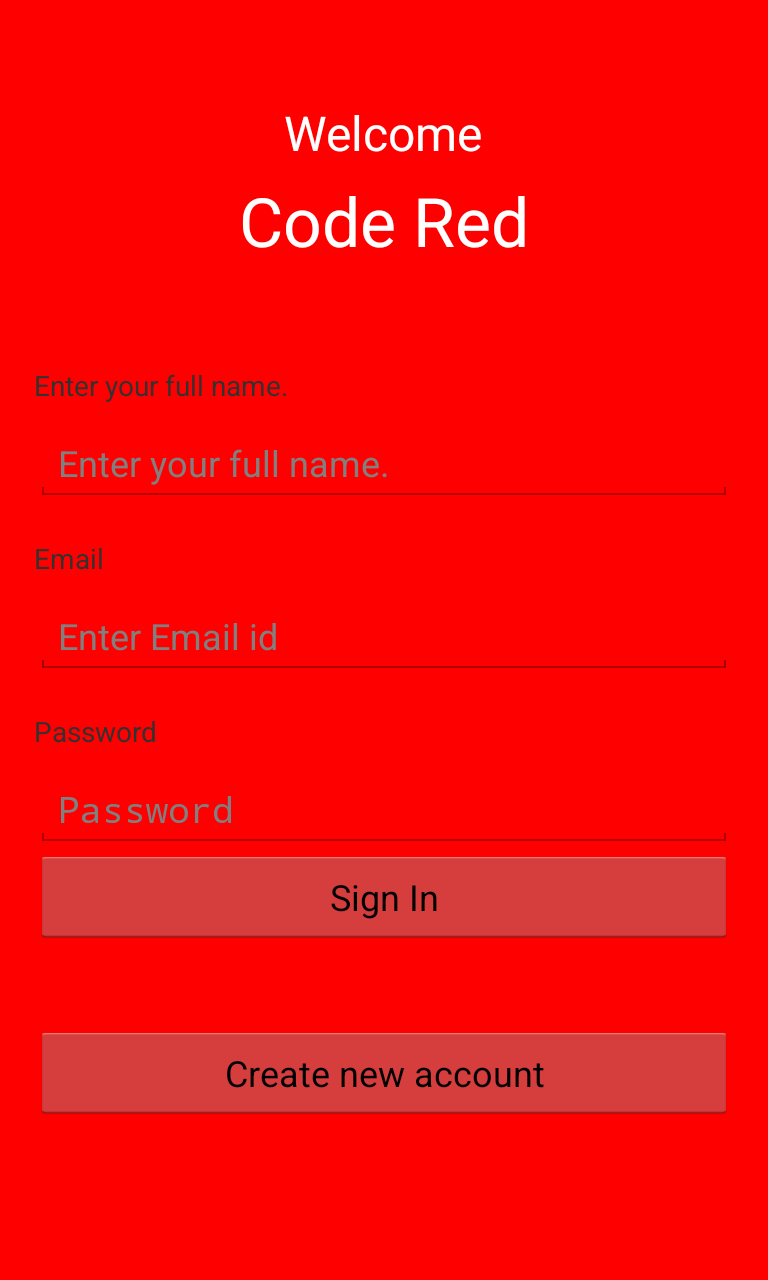
Repository: coderedteam/codered
Layout: AndroidSourceCode/CodeRed/res/layout/activity_registeration.xml
These files come from the project's save history. The layout is drawn as it stood at one moment and after the next save; the edit follows.
It is drawn on a 768 x 1280 px phone screen (xhdpi) without system bars, with theme AppTheme; the app's code is not run.

Above is the layout before, as saved 2014-11-27 10:38:29.

### AndroidSourceCode/CodeRed/res/layout/activity_registeration.xml
<LinearLayout xmlns:android="http://schemas.android.com/apk/res/android"
    xmlns:tools="http://schemas.android.com/tools"
    android:layout_width="match_parent"
    android:layout_height="match_parent"
    android:background="@color/red"
    android:orientation="vertical"
    tools:context="${relativePackage}.${activityClass}" >

    <LinearLayout
        android:layout_width="match_parent"
        android:layout_height="wrap_content"
        android:layout_marginBottom="50dip"
        android:gravity="top"
        android:orientation="vertical" >

        <TextView
            android:id="@+id/txtWelcome"
            android:layout_width="wrap_content"
            android:layout_height="wrap_content"
            android:layout_gravity="center_horizontal"
            android:layout_marginTop="50dip"
            android:text="@string/lblWelcome"
            android:textColor="@color/white"
            android:textSize="24sp" />

        <TextView
            android:id="@+id/txtMoonshot"
            android:layout_width="wrap_content"
            android:layout_height="wrap_content"
            android:layout_gravity="center_horizontal"
            android:layout_marginTop="5dip"
            android:text="@string/app_name"
            android:textColor="@color/white"
            android:textSize="34sp" />
    </LinearLayout>

    <LinearLayout
        android:id="@+id/layoutLogin"
        android:layout_width="match_parent"
        android:layout_height="wrap_content"
        android:layout_marginLeft="@dimen/login_container_screen_margin"
        android:layout_marginRight="@dimen/login_container_screen_margin"
        android:orientation="vertical" >

        <TextView
            android:id="@+id/lblName"
            android:layout_width="match_parent"
            android:layout_height="wrap_content"
            android:paddingBottom="@dimen/margin_small_layout"
            android:text="@string/txtName" />

        <EditText
            android:id="@+id/txtName"
            android:layout_width="match_parent"
            android:layout_height="wrap_content"
            android:layout_marginBottom="@dimen/edit_view_gap_margin"
            android:hint="@string/txtName"
            android:inputType="textEmailAddress" >
        </EditText>

        <TextView
            android:id="@+id/lblEmail"
            android:layout_width="match_parent"
            android:layout_height="wrap_content"
            android:paddingBottom="@dimen/margin_small_layout"
            android:text="@string/lblEmail" />

        <EditText
            android:id="@+id/txtUsername"
            android:layout_width="match_parent"
            android:layout_height="wrap_content"
            android:layout_marginBottom="@dimen/edit_view_gap_margin"
            android:hint="@string/txtDefaultEmail"
            android:inputType="textEmailAddress" >
        </EditText>

        <TextView
            android:id="@+id/lblPswd"
            android:layout_width="match_parent"
            android:layout_height="wrap_content"
            android:paddingBottom="10dip"
            android:text="@string/lblPswd" />

        <EditText
            android:id="@+id/txtPassword"
            android:layout_width="match_parent"
            android:layout_height="wrap_content"
            android:hint="@string/txtDefaultPswd"
            android:inputType="textPassword" >
        </EditText>

        <LinearLayout
            android:id="@+id/layoutButton"
            android:layout_width="match_parent"
            android:layout_height="wrap_content"
            android:orientation="vertical" >

            <Button
                android:id="@+id/btnSignIn"
                android:layout_width="match_parent"
                android:layout_height="wrap_content"
                android:contentDescription="@string/txtBtnSignIn"
                android:text="@string/txtBtnSignIn" />

            <LinearLayout
                android:id="@+id/layoutSeperator"
                android:layout_width="match_parent"
                android:layout_height="wrap_content"
                android:layout_marginBottom="20dp"
                android:layout_marginTop="20dip"
                android:orientation="horizontal" >
            </LinearLayout>

            <Button
                android:id="@+id/btnNewAccount"
                android:layout_width="match_parent"
                android:layout_height="wrap_content"
                android:contentDescription="@string/txtBtnCreateNewAccount"
                android:text="@string/txtBtnCreateNewAccount" />
        </LinearLayout>
    </LinearLayout>

</LinearLayout>

### AndroidSourceCode/CodeRed/res/values/colors.xml
<?xml version="1.0" encoding="utf-8"?>
<resources>

    <item name="blue" type="color">#0b2265</item>
    <item name="white" type="color">#FFFFFF</item>
    <item name="black" type="color">#000000</item>
    <item name="red" type="color">#FF0000</item>
    <item name="grey" type="color">#C0C0C0</item>
    <item name="transparent" type="color">#00000000</item>
    <item name="rowTextColor" type="color">#003478</item>
    <item name="btnBgColor" type="color">#b6bf00</item>
    <item name="tabBgColor" type="color">#bcdee3</item>
    <item name="darkAqua" type="color">#39919A</item>
    <item name="circle_inner_color" type="color">#0066a1</item>
    <item name="circle_outer_color" type="color">#9ACDD4</item>
    <item name="health_score_color" type="color">#252525</item>
    <item name="rowTextColorWithOpacity" type="color">#66003478</item>
    <item name="whiteWithOpacity" type="color">#77FFFFFF</item>
    <item name="whiteWithOpacity20" type="color">#33FFFFFF</item>
    <item name="navigationDrawerFontColor" type="color">#B3C8E6</item>
    <item name="bottom_bg_color" type="color">#53797d</item>

    <color name="manual_entry_circle_bg_blue">#0066A1</color>
    <color name="manual_entry_circle_bg_gray_transparent">#FFFFFF</color>

    <item name="redwithOpacity" type="color">#DDFFFFFF</item>

</resources>

### AndroidSourceCode/CodeRed/res/values/strings.xml
<?xml version="1.0" encoding="UTF-8" standalone="no"?>
<resources>

    <string name="app_name">Code Red</string>
    <string name="lblWelcome">Welcome</string>
    <string name="lblEmail">Email</string>
    <string name="txtDefaultEmail">Enter Email id</string>
    <string name="lblPswd">Password</string>
    <string name="txtDefaultPswd">Password</string>
    <string name="txtBtnSignIn">Sign In</string>
    <string name="txtBtnCreateNewAccount">Create new account</string>
    <string name="txtInternetConnectionNotPresent">Internet connection not present</string>
    <string name="dlgMsgLoginSuccess">Login in progress</string>
    <string name="txtNetworkError">Network error. Please check your internet connection</string>
    <string name="txtUnknownError">Unknown error.</string>
    <string name="txtServerError">Illegal server response.</string>
    <string name="txtName">Enter your full name.</string>

</resources>

### AndroidSourceCode/CodeRed/res/values/dimen.xml
<?xml version="1.0" encoding="utf-8"?>
<resources>

    <dimen name="login_container_screen_margin">17dp</dimen>
    <dimen name="margin_small_layout">10dip</dimen>
    <dimen name="edit_view_gap_margin">18dp</dimen>
    <dimen name="edit_left_margin">70dp</dimen>
    <dimen name="edit_right_margin">70dp</dimen>
    <dimen name="edit_left_padding">40dp</dimen>
    <dimen name="edit_right_padding">10dp</dimen>
    <dimen name="edit_bottom_padding">5dp</dimen>
    <dimen name="edit_top_padding">5dp</dimen>
    <dimen name="edit_text_size">16sp</dimen>

</resources>

Loaded but not shown: AndroidSourceCode/CodeRed/res/values/styles.xml (common file); AndroidSourceCode/CodeRed/res/values-v11/styles.xml (common file); AndroidSourceCode/CodeRed/res/values-v14/styles.xml (common file)

After the next save:
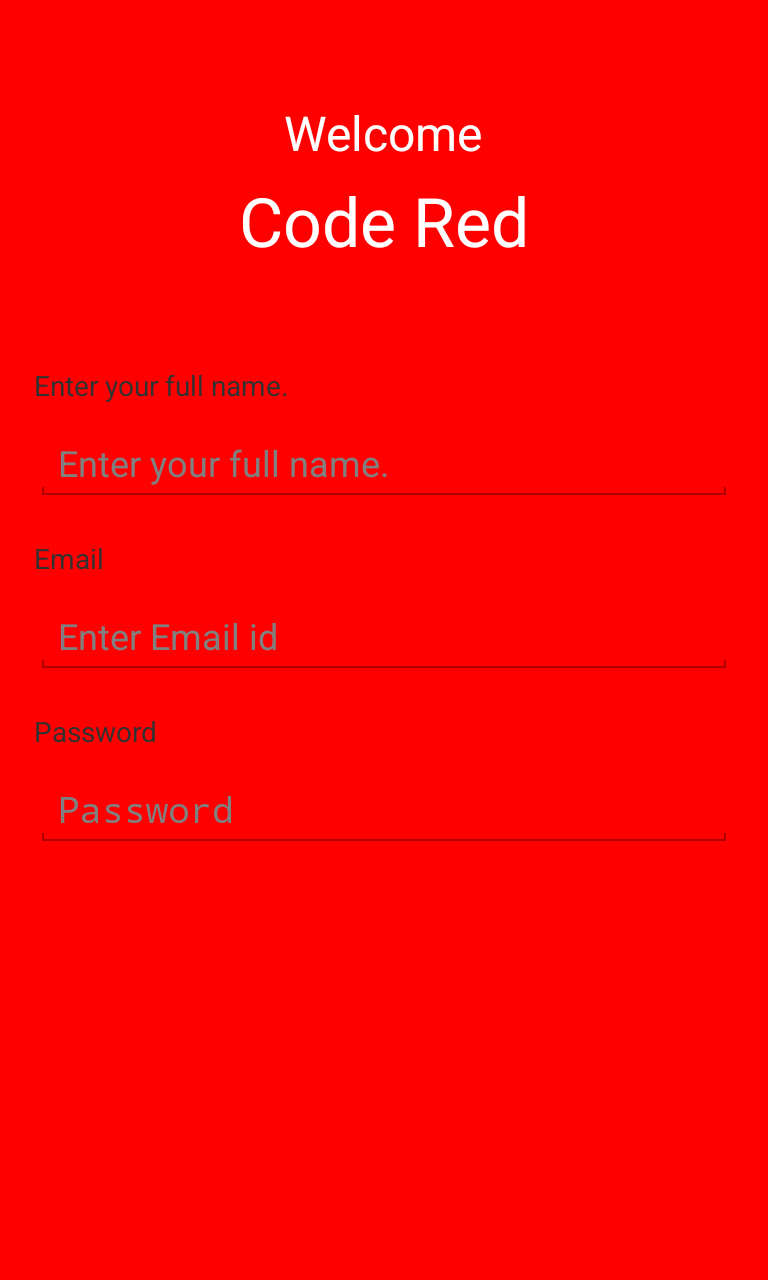
Saved 35 s later.
--- a/AndroidSourceCode/CodeRed/res/layout/activity_registeration.xml
+++ b/AndroidSourceCode/CodeRed/res/layout/activity_registeration.xml
@@ -89,35 +89,7 @@
             android:inputType="textPassword" >
         </EditText>
 
-        <LinearLayout
-            android:id="@+id/layoutButton"
-            android:layout_width="match_parent"
-            android:layout_height="wrap_content"
-            android:orientation="vertical" >
 
-            <Button
-                android:id="@+id/btnSignIn"
-                android:layout_width="match_parent"
-                android:layout_height="wrap_content"
-                android:contentDescription="@string/txtBtnSignIn"
-                android:text="@string/txtBtnSignIn" />
-
-            <LinearLayout
-                android:id="@+id/layoutSeperator"
-                android:layout_width="match_parent"
-                android:layout_height="wrap_content"
-                android:layout_marginBottom="20dp"
-                android:layout_marginTop="20dip"
-                android:orientation="horizontal" >
-            </LinearLayout>
-
-            <Button
-                android:id="@+id/btnNewAccount"
-                android:layout_width="match_parent"
-                android:layout_height="wrap_content"
-                android:contentDescription="@string/txtBtnCreateNewAccount"
-                android:text="@string/txtBtnCreateNewAccount" />
-        </LinearLayout>
     </LinearLayout>
 
 </LinearLayout>
